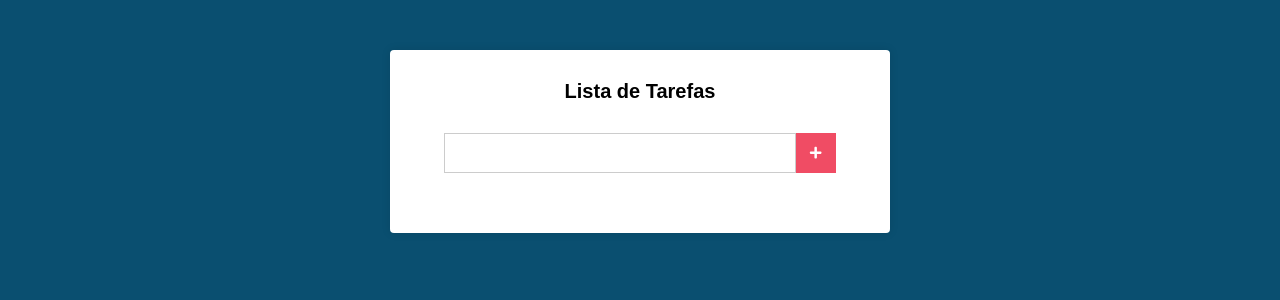
Repository: FellipeMiguel/lista-de-tarefas
Page: /
An editor plug-in stored every save of this project. The page is shown before and after the next save, followed by the edit.
The browser window is 1280 px wide. The pictures show the whole page.
The project was rebuilt for these pictures with package versions that can differ from the ones it lists, and the page was loaded fresh each time.

Above is the page before, as saved 2023-06-15 00:45:39.

### src/index.js
import React from "react"
import ReactDOM from "react-dom/client"

import App from "./App"

const root = ReactDOM.createRoot(document.getElementById("root"))
root.render(
  <React.StrictMode>
    <App />
  </React.StrictMode>,
)

### src/App.js
import Main from './components/Main'
import './App.css'

function App() {
  return <Main />
}

export default App

### src/components/Main.js
import React, { Component } from 'react'

// Form
import { FaPlus, FaEdit, FaWindowClose } from 'react-icons/fa'

import './Main.css'

export default class Main extends Component {
  state = {
    newTask: '',
    tasks: [],
    index: -1,
  }

  componentDidMount() {
    const tasks = JSON.parse(localStorage.getItem('tasks'))

    if (!tasks) {
      return
    }

    this.setState({ tasks })
  }

  componentDidUpdate(prevProps, prevState) {
    const { tasks } = this.state
    if (tasks === prevState.tasks) {
      return
    }

    localStorage.setItem('tasks', JSON.stringify(tasks))
  }

  handleSubmit = (e) => {
    e.preventDefault()

    const { tasks, index } = this.state
    let { newTask } = this.state
    newTask = newTask.trim()

    if (tasks.indexOf(newTask) !== -1) {
      return
    }

    const newsTasks = [...tasks]

    if (index === -1) {
      this.setState({ tasks: [...newsTasks, newTask], newTask: '' })
    } else {
      newsTasks[index] = newTask
      this.setState({ tasks: newsTasks, index: -1, newTask: '' })
    }
  }

  handleChange = (e) => {
    this.setState({ newTask: e.target.value })
  }

  // Edit
  handleEdit = (e, index) => {
    const { tasks } = this.state

    this.setState({
      index,
      newTask: tasks[index],
    })
  }

  // Delete
  handleDelete = (e, index) => {
    const { tasks } = this.state
    const newsTasks = [...tasks]
    newsTasks.splice(index, 1)

    this.setState({ tasks: [...newsTasks] })
  }

  render() {
    const { newTask, tasks } = this.state

    return (
      <div className="main">
        <h1>Lista de Tarefas</h1>

        <form onSubmit={this.handleSubmit} action="#" className="form">
          <input value={newTask} onChange={this.handleChange} type="text" />
          <button type="submit">
            <FaPlus />
          </button>
        </form>

        <ul className="tasks">
          {tasks.map((task, index) => (
            <li key={task}>
              {task}
              <span>
                <FaEdit
                  onClick={(e) => this.handleEdit(e, index)}
                  className="edit"
                />

                <FaWindowClose
                  onClick={(e) => this.handleDelete(e, index)}
                  className="delete"
                />
              </span>
            </li>
          ))}
        </ul>
      </div>
    )
  }
}

### src/components/Main.css
.main {
  background: #fff;
  padding: 30px;
  margin: 50px auto;
  max-width: 500px;
  border-radius: 4px;
  box-shadow: 0 0 10px rgba(0, 0, 0, 0.1);
}

.main h1 {
  font-size: 20px;
  text-align: center;
}

.form {
  margin-top: 30px;
  display: flex;
  align-items: center;
  justify-content: center;
}

.form input[type="text"] {
  height: 40px;
  padding: 0 20px;
  font-size: 20px;
  border: 1px solid #ccc;
  min-width: 80%;
}

.form button[type="submit"] {
  border: none;
  height: 40px;
  width: 40px;
  background: #f04c64;
  color: #fff;
  display: flex;
  align-items: center;
  justify-content: center;
}

.tasks {
  margin-top: 30px;
}

.tasks li {
  display: flex;
  align-items: center;
  justify-content: space-between;
  padding: 20px 15px;
  transition: all 600ms ease-in-out;
  border-bottom: 1px solid #0a4f70;
}

.tasks li:last-child{
  border: none
}

.tasks li:hover {
  background: #51c5de;
}

.tasks li span {
  display: flex;
  align-items: center;
}

.tasks li .edit {
  margin-right: 15px;
  color: #51c5de;
}

.tasks li .delete {
  color: #f04c64;
}

.tasks li:hover .edit, .tasks li:hover .delete {
  color: #000;
}

.tasks li .edit, .tasks li .delete {
  cursor: pointer;
  transition: all 600ms ease-in-out;
}

Loaded but not shown: public/index.html (common file); src/App.css (common file)

After the next save:
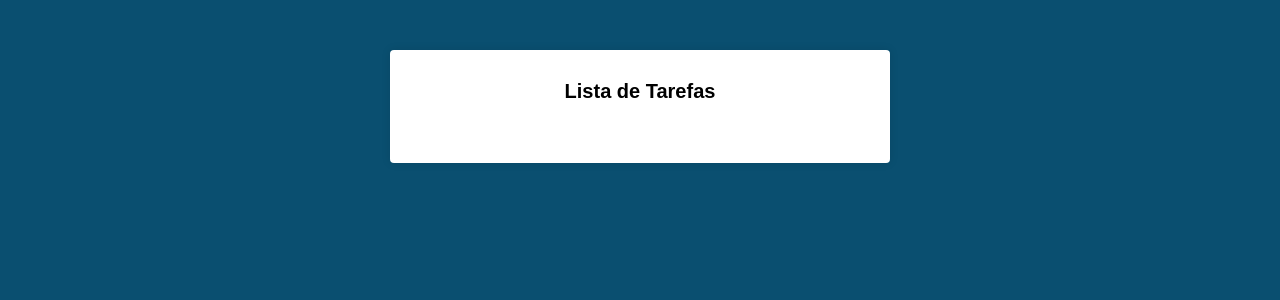
Saved 77 s later.
--- a/src/components/Main.js
+++ b/src/components/Main.js
@@ -82,12 +82,7 @@ export default class Main extends Component {
       <div className="main">
         <h1>Lista de Tarefas</h1>
 
-        <form onSubmit={this.handleSubmit} action="#" className="form">
-          <input value={newTask} onChange={this.handleChange} type="text" />
-          <button type="submit">
-            <FaPlus />
-          </button>
-        </form>
+
 
         <ul className="tasks">
           {tasks.map((task, index) => (
